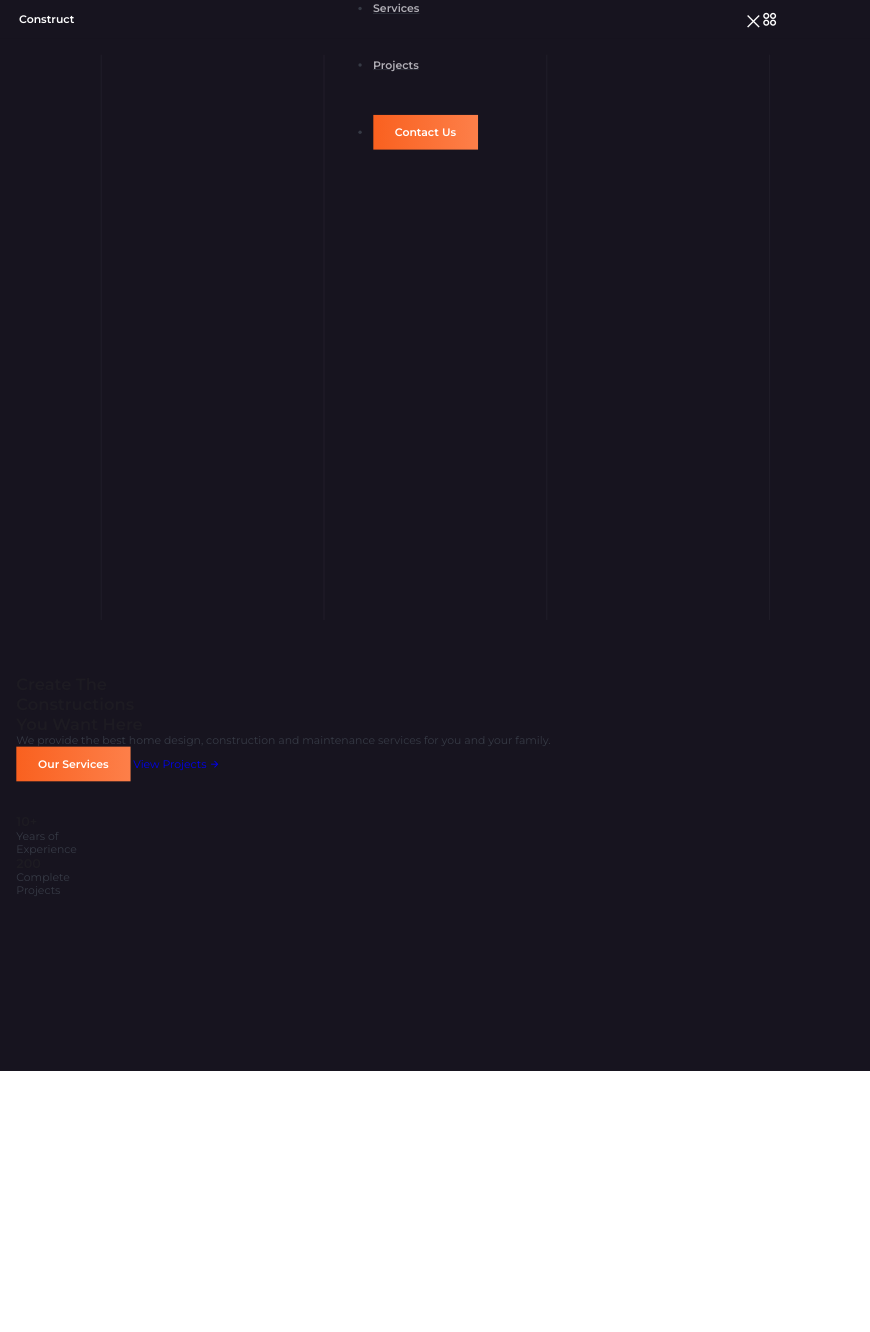
Repository: douglasabnovato/construction
Page: index.html
An editor plug-in stored every save of this project. The page is shown before and after the next save, followed by the edit.
The browser window is 1280 px wide. The pictures show the whole page, at 68% of full size.

Above is the page before, as saved 2025-04-29 00:44:05.

### index.html
<!DOCTYPE html>
<html lang="en">
  <head>
    <meta charset="UTF-8" />
    <meta name="viewport" content="width=device-width, initial-scale=1.0" />

    <!--=============== FAVICON ===============-->
    <link
      rel="shortcut icon"
      href="assets/img/favicon.png"
      type="image/x-icon"
    />

    <!--=============== REMIXICONS ===============-->
    <link
      rel="stylesheet"
      href="https://cdnjs.cloudflare.com/ajax/libs/remixicon/4.2.0/remixicon.css"
    />

    <!--=============== SWIPER CSS ===============-->
    <link rel="stylesheet" href="" />

    <!--=============== CSS ===============-->
    <link rel="stylesheet" href="assets/css/styles.css" />

    <title>Construction</title>
  </head>
  <body>
    <!--==================== HEADER ====================-->
    <header class="header" id="header">
      <nav class="nav container">
        <a href="#" class="nav__logo">
          <i class="ri-bulding-3-line"></i>
          <span>Construct</span>
        </a>
        <div class="nav__menu" id="nav-menu">
          <u class="nav__list">
            <li>
              <a href="#home" class="nav__link">Home</a>
            </li>
            <li>
              <a href="#aboutus" class="nav__link"> About Us</a>
            </li>
            <li>
              <a href="#services" class="nav__link"> Services</a>
            </li>
            <li>
              <a href="#projects" class="nav__link"> Projects</a>
            </li>
            <li>
              <a href="#contactus" class="nav__link button"> Contact Us</a>
            </li>
          </u>
          <!-- Close Button -->
          <div class="nav__close" id="nav-close">
            <i class="ri-close-large-line"></i>
          </div>
        </div>
        <!-- Toggle menu -->
        <div class="nav__toggle" id="nav-toggle">
          <i class="ri-apps-2-line"></i>
        </div>
      </nav>
    </header>

    <!--==================== MAIN ====================-->
    <main class="main">
      <!--==================== HOME ====================-->
      <section class="home section" id="home">
        <img
          src="./assets/img/home-lines-bg.svg"
          alt="image"
          class="home__lines"
        />
        <div class="home__container container grid">
          <div class="home__container grid">
            <div class="home__data">
              <h1 class="home__title">
                Create The<br />
                Constructions<br />
                You Want Here
              </h1>
              <p class="home__description">
                We provide the best home design, construction and maintenance
                services for you and your family.
              </p>
              <div class="home__buttons">
                <a href="#services" class="button">Our Services</a>
                <a href="#projects" class="button__link"
                  ><span>View Projects</span> <i class="ri-arrow-right-line"></i
                ></a>
              </div>
            </div>
            <div class="home__info">
              <div>
                <h3 class="home__info-title">10+</h3>
                <p class="home__info-description">
                  Years of <br />
                  Experience
                </p>
              </div>
              <div>
                <h3 class="home__info-title">200</h3>
                <p class="home__info-description">
                  Complete <br />
                  Projects
                </p>
              </div>
            </div>
          </div>
          <div class="home__images"></div>
        </div>
      </section>

      <!--==================== ABOUT ====================-->
      <section class="about section" id="about"></section>

      <!--==================== SERVICES ====================-->
      <section class="services section" id="services"></section>

      <!--==================== PROJECTS ====================-->
      <section class="projects section" id="projects"></section>

      <!--==================== CONTACT ====================-->
      <section class="contact section" id="contact"></section>
    </main>

    <!--==================== FOOTER ====================-->
    <footer class="footer"></footer>

    <!--========== SCROLL UP ==========-->

    <!--=============== SCROLLREVEAL ===============-->
    <script src=""></script>

    <!--=============== SWIPER JS ===============-->
    <script src=""></script>

    <!--=============== MAIN JS ===============-->
    <script src="assets/js/main.js"></script>
  </body>
</html>

### assets/css/styles.css
/*=============== GOOGLE FONTS ===============*/
@import url("https://fonts.googleapis.com/css2?family=Montserrat:wght@100..900&display=swap");

/*=============== VARIABLES CSS ===============*/
:root {
  --header-height: 3.5rem;

  /*========== Colors ==========*/
  /*Color mode HSL(hue, saturation, lightness)*/
  --first-color: hsl(18, 95%, 55%);
  --second-color: hsl(42, 98%, 52%);
  --first-gradient: linear-gradient(
    90deg,
    hsl(18, 95%, 55%),
    hsl(18, 98%, 64%)
  );
  --title-color: hsl(255, 12%, 12%);
  --text-color: hsl(225, 12%, 24%);
  --text-color-light: hsl(255, 4%, 70%);
  --body-color: hsl(0, 0%, 100%);
  --container-color: hsl(0, 0%, 100%);
  --white-color: hsl(0, 0%, 100%);
  --black-color: hsl(255, 20%, 10%);
  --gray-border: hsl(255, 6%, 90%);
  --black-border: hsl(255, 10%, 20%);

  /*========== Font and typography ==========*/
  /*.5rem = 8px | 1rem = 16px ...*/
  --body-font: "Montserrat", sans-serif;
  --big-font-size: 2.25rem;
  --h1-font-size: 1.5rem;
  --h2-font-size: 1.25rem;
  --h3-font-size: 1rem;
  --normal-font-size: 0.938rem;
  --small-font-size: 0.813rem;

  /*========== Font weight ==========*/
  --font-regular: 400;
  --font-medium: 500;
  --font-semi-bold: 600;
  --font-bold: 700;

  /*========== z index ==========*/
  --z-tooltip: 10;
  --z-fixed: 100;
}

/*========== Responsive typography ==========*/
@media screen and (min-width: 1150px) {
  :root {
    --big-font-size: 3.5rem;
    --h1-font-size: 2.25rem;
    --h2-font-size: 1.5rem;
    --h3-font-size: 1.25rem;
    --normal-font-size: 1rem;
    --small-font-size: 0.875rem;
  }
}

/*=============== BASE ===============*/
* {
  box-sizing: border-box;
  padding: 0;
  margin: 0;
}

html {
  scroll-behavior: smooth;
}

body {
  font-family: var(--body-font);
  font-size: var(--normal-font-size);
  background-color: var(--body-color);
  color: var(--text-color);
}

h1,
h2,
h3,
h4 {
  color: var(--title-color);
  font-weight: var(--font-semi-bold);
}

ul {
  list-style: none;
}

a {
  text-decoration: none;
}

img {
  display: block;
  max-width: 100%;
  height: auto;
}

/*=============== REUSABLE CSS CLASSES ===============*/
.container {
  max-width: 1120px;
  margin-inline: 1.5rem;
}

.grid {
  display: grid;
  gap: 1.5rem;
}

.section {
  padding-block: 5rem 1rem;
}
.section__title,
.section__subtitle {
  text-align: center;
}

.section__title {
  font-size: var(--h1-font-size);
  font-weight: var(--font-bold);
  margin-bottom: 1.5rem;
}

.section__subtitle {
  display: block;
  font-size: var(--normal-font-size);
  font-weight: var(--font-semi-bold);
  color: var(--second-color);
  margin-bottom: 0.5rem;
}

.main {
  overflow: hidden;
}

/*=============== HEADER & NAV ===============*/
.header {
  position: fixed;
  width: 100%;
  top: 0;
  left: 0;
  background-color: var(--black-color);
  z-index: var(--z-fixed);
}

.nav {
  position: relative;
  height: var(--header-height);
  display: flex;
  justify-content: space-between;
  align-items: center;
}

.nav__logo {
  display: flex;
  align-items: center;
  column-gap: 0.25rem;
}

.nav__logo span {
  color: var(--white-color);
  font-weight: var(--font-semi-bold);
  transition: color 0.4s;
}

.nav__logoi i {
  color: var(--first-color);
  font-size: 1.5rem;
}

.nav__toggle,
.nav__close {
  font-size: 1.5rem;
  color: var(--white-color);
  cursor: pointer;
  transition: color 0.4s;
}

/* Navigation for mobile devices */
@media screen and (max-width: 1150px) {
  .nav__menu {
    position: fixed;
    top: 0;
    right: -100%;
    background-color: var(--black-color);
    width: 80%;
    height: 100%;
    padding: 7.5rem 3.5rem 0;
    border-left: 2px solid var(--black-border);
    transition: right 0.4s;
  }
}

.nav__list {
  display: flex;
  flex-direction: column;
  row-gap: 4rem;
}

.nav__link {
  color: var(--text-color-light);
  font-weight: var(--font-semi-bold);
  transition: color 0.4s;
}

.nav__link:hover {
  color: var(--first-color);
}

.nav__close {
  position: absolute;
  top: 1rem;
  right: 1.5rem;
}

/* Show menu */
.show-menu {
  right: 0;
}

/* Change background header */

/* Active link */

/*=============== HOME ===============*/
.home {
  position: relative;
  background-color: var(--black-color);
}

.home__container {
  position: relative;
  row-gap: 3rem;
  padding-block: 2.5rem 6rem;
}

.home__content {
  row-gap: 2.5rem;
}

/*=============== BUTTON ===============*/
.button {
  display: inline-flex;
  background: var(--first-gradient);
  color: var(--white-color);
  font-weight: var(--font-semi-bold);
  padding: 1rem 2rem;
  transition: box-shadow .4s;
}

.button:hover{
  box-shadow: 0 8px 32px hsla(18, 95%, 55%, .3);
  color: var(--white-color);
}

/*=============== ABOUT ===============*/

/*=============== SERVICES ===============*/

/* Swiper class */

/*=============== PROJECTS ===============*/

/*=============== CONTACT ===============*/

/*=============== FOOTER ===============*/

/*=============== SCROLL BAR ===============*/

/*=============== SCROLL UP ===============*/

/* Show Scroll Up */

/*=============== BREAKPOINTS ===============*/
/* For small devices */

/* For medium devices */

/* For large devices */

### assets/js/main.js
/*=============== SHOW MENU ===============*/
const navMenu = document.getElementById('nav-menu'),
      navToggle = document.getElementById('nav-toggle'),
      navClose = document.getElementById('nav-close')

/* Menu show */
if(navToggle){
    navToggle.addEventListener('click', () =>{
        navMenu.classList.add('show-menu')
    })
}

/* Menu hidden */
if(navClose){
    navClose.addEventListener('click', () =>{
        navMenu.classList.remove('show-menu')
    })
}

/*=============== REMOVE MENU MOBILE ===============*/
const navLink = document.querySelectorAll('.nav__link')

const linkAction = () =>{
    const navMenu = document.getElementById('nav-menu')
    // When we click on each nav__link, we remove the show-menu class
    navMenu.classList.remove('show-menu')
}
navLink.forEach(n => n.addEventListener('click', linkAction))


/*=============== CHANGE BACKGROUND HEADER ===============*/

/*=============== SWIPER SERVICES ===============*/

/*=============== SHOW SCROLL UP ===============*/

/*=============== SCROLL SECTIONS ACTIVE LINK ===============*/

/*=============== SCROLL REVEAL ANIMATION ===============*/

After the next save:
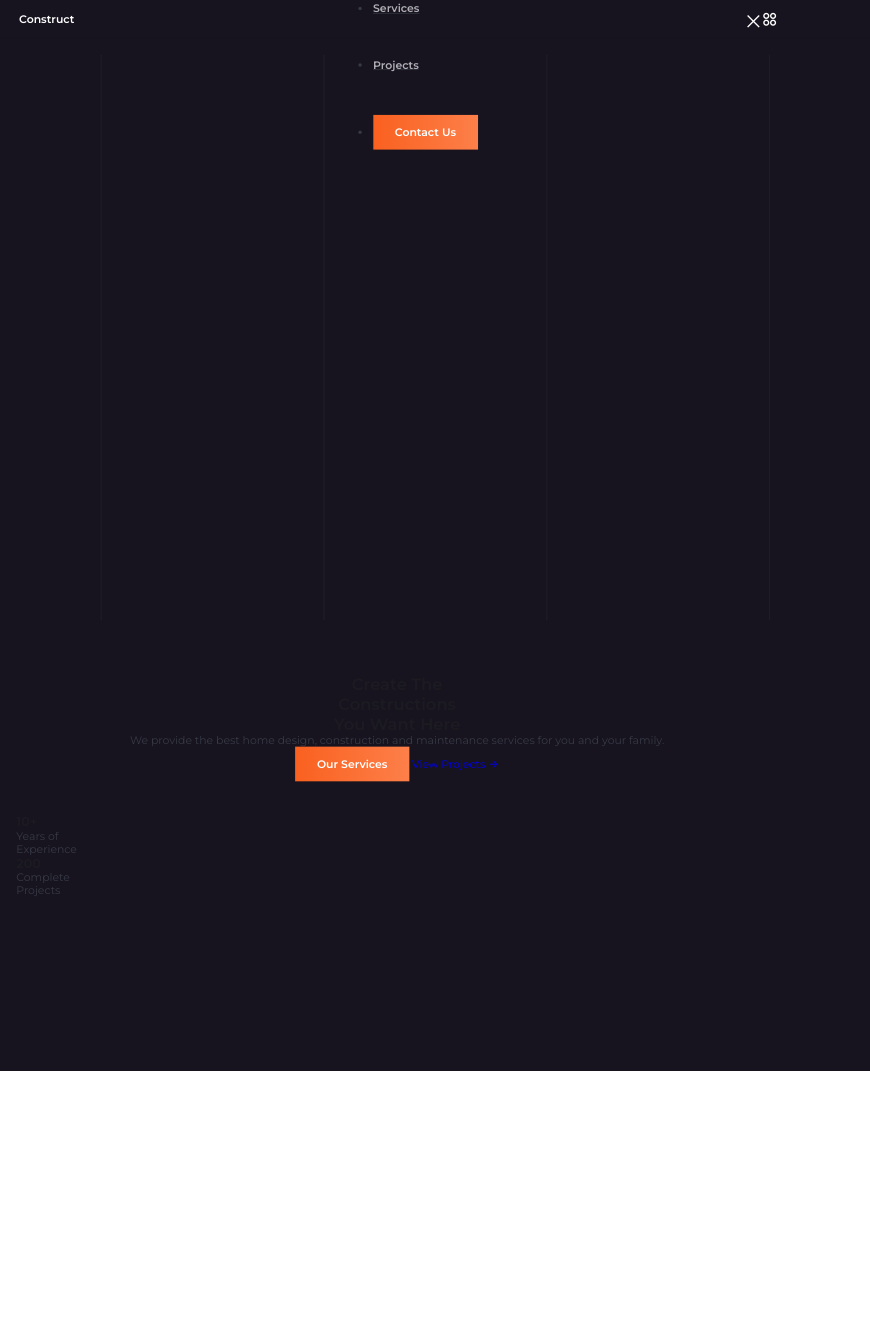
Saved 20 s later.
--- a/assets/css/styles.css
+++ b/assets/css/styles.css
@@ -239,6 +239,10 @@ img {
   row-gap: 2.5rem;
 }
 
+.home__data {
+  text-align: center;
+}
+
 /*=============== BUTTON ===============*/
 .button {
   display: inline-flex;
